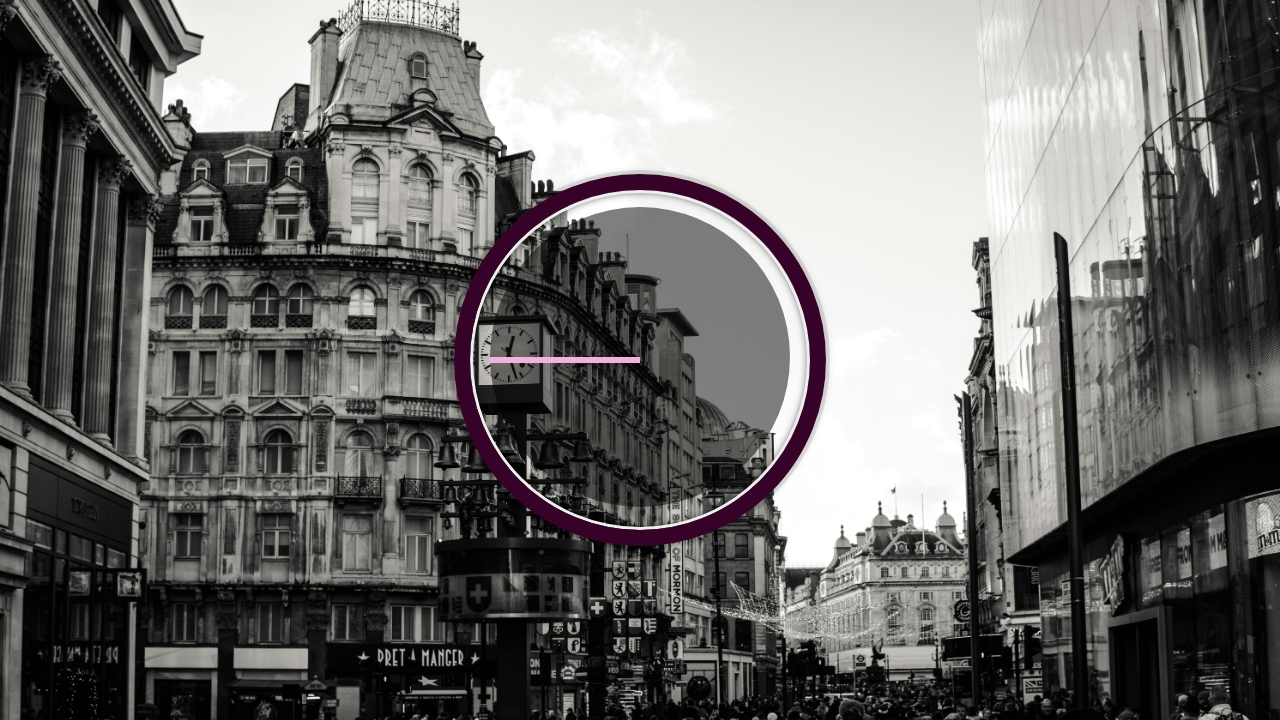
Repository: Freezler/javascript-css-clock
Page: index.html
These files come from the project's save history. The page is drawn as it stood at one moment and after the next save; the edit follows.
The browser window is 1280 px wide. The pictures show the whole page.

Above is the page before, as saved 2024-08-24 15:50:11.

After the next save:
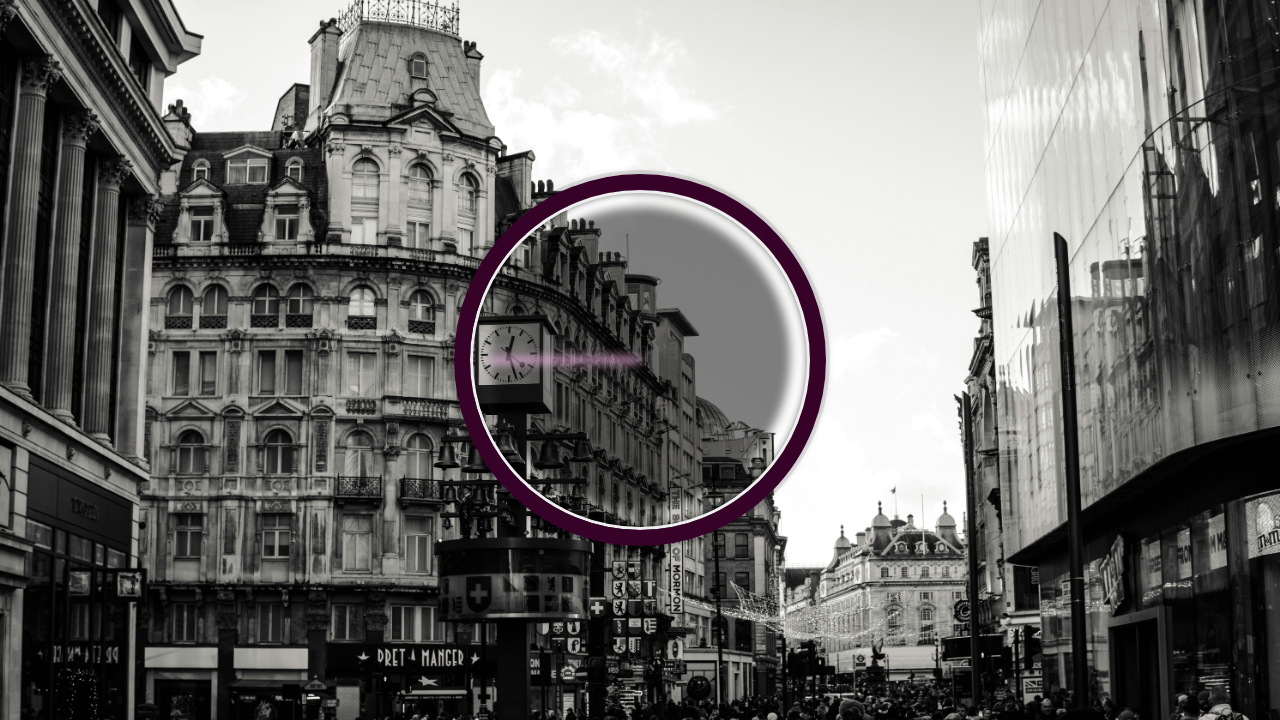
Saved 21 s later.
--- a/style.css
+++ b/style.css
@@ -40,7 +40,7 @@
     transform: translateY(-3px);
     /* account for the height of the clock hands */
     background: rgba(0, 0, 0, 0.5);
-    filter: blur('2px');
+    filter: blur(5px);
     border-radius: 50%;
 
 }

After the 3 saves that followed:
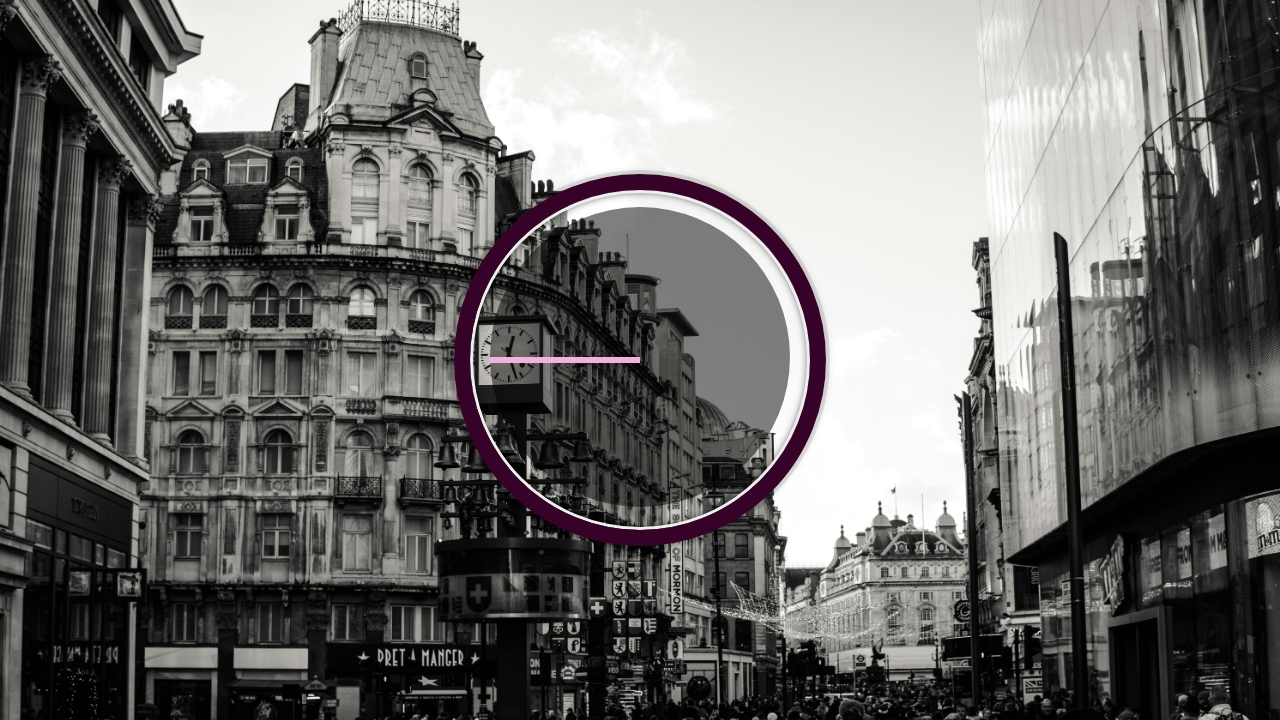
The 3 saves are shown as one change because 2 left the picture as it was.
The last was saved 40 s later.
--- a/style.css
+++ b/style.css
@@ -40,8 +40,9 @@
     transform: translateY(-3px);
     /* account for the height of the clock hands */
     background: rgba(0, 0, 0, 0.5);
-    filter: blur(5px);
+
     border-radius: 50%;
+    z-index: 10;
 
 }
 
@@ -51,4 +52,5 @@
     background: rgb(240, 179, 221);
     position: absolute;
     top: 50%;
+    z-index: 100;
 }
